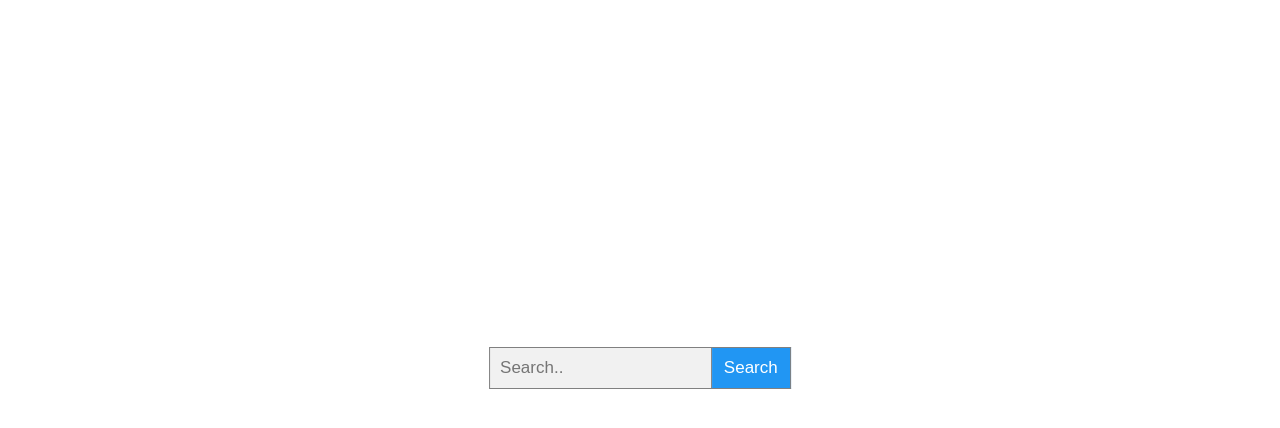
Repository: bek2d/VkAnalyticTool
Page: http://localhost/search
The author's editor kept a copy of each file at every save. The page is drawn from the files as they stood at one save, then again after the next save.
The browser window is 1280 px wide. The pictures show the whole page.
The page is served by the project's application, run on Flask 3 (app.py).

Above is the page before, as saved 2022-04-17 17:07:01.

### templates/search.html
<!DOCTYPE html>
<html lang="en">
<head>
    <meta charset="UTF-8">
    <meta http-equiv="X-UA-Compatible" content="IE=edge">
    <meta name="viewport" content="width=, initial-scale=1.0">
    <link rel="stylesheet" href="static/google.css">
    <title>Document</title>
</head>
<body>
<form class="example" method = "POST", action="/results">
  <input type="text" placeholder="Search.." name="search">
  <button type="submit" class="btn btn-primary">Search</button>
  {% for e in data %}
        <div class='post'>
            <p>{{ e }}</p>
        </div>
  {% endfor %}
</form>
</body>
</html>

### app.py
import sqlite3
from flask import Flask, render_template, request, redirect, url_for


app = Flask(__name__)

# @app.route('/')
# def index():
#     conn = sqlite3.connect('myScrapedDatabase.db')
#     posts = conn.execute('SELECT * FROM titlesFavorites').fetchall()
#     conn.close()
#     return render_template('index.html', posts=posts)


# @app.route('/about')
# def about():
#     conn = sqlite3.connect('myScrapedDatabase.db')
#     posts = conn.execute('SELECT * FROM titlesFavorites').fetchall()
#     conn.close()
#     return str(posts)
# # run flask app



#endpoint for search
@app.route('/search', methods=['GET', 'POST'])
def search():
    conn = sqlite3.connect('myScrapedDatabase.db')
    cursor = conn.cursor()
    if request.method == "POST":
        # search by author or book
        cursor.execute("SELECT * FROM titlesFavorites")
        conn.commit()
        data = cursor.fetchall()
        # all in the search box will return all the tuples
        return render_template('search.html', data=data)
    return render_template('search.html')
@app.route('/results', methods=['GET', 'POST'])
def results():
    conn = sqlite3.connect('myScrapedDatabase.db')
    cursor = conn.cursor()
    cursor.execute("SELECT * FROM titlesFavorites")
    conn.commit()
    data = cursor.fetchall()
    return render_template('results.html', data=data)
# create route named google that will accept search term from the user
@app.route('/google')
def google():
    return render_template('google.html')
if __name__ == '__main__':
    app.run(debug=True)

### static/google.css
* {
  box-sizing: border-box;
}

/* Style the search field */
form.example input[type=text] {
  padding: 10px;
  font-size: 17px;
  border: 1px solid grey;
  float: left;
  width: 70%;
  background: #f1f1f1;
}

/* Style the submit button */
form.example button {
  float: left;
  width: 25%;
  padding: 10px;
  background: #2196F3;
  color: white;
  font-size: 17px;
  border: 1px solid grey;
  border-left: none; /* Prevent double borders */
  cursor: pointer;
}

form.example button:hover {
  background: #0b7dda;
}

/* Clear floats */
form.example::after {
  content: "";
  clear: both;
  display: table;
}


body {
  position: absolute;
  top: 50%;
  left: 50%;
  transform: translate(-50%, -50%);
}

After the next save:
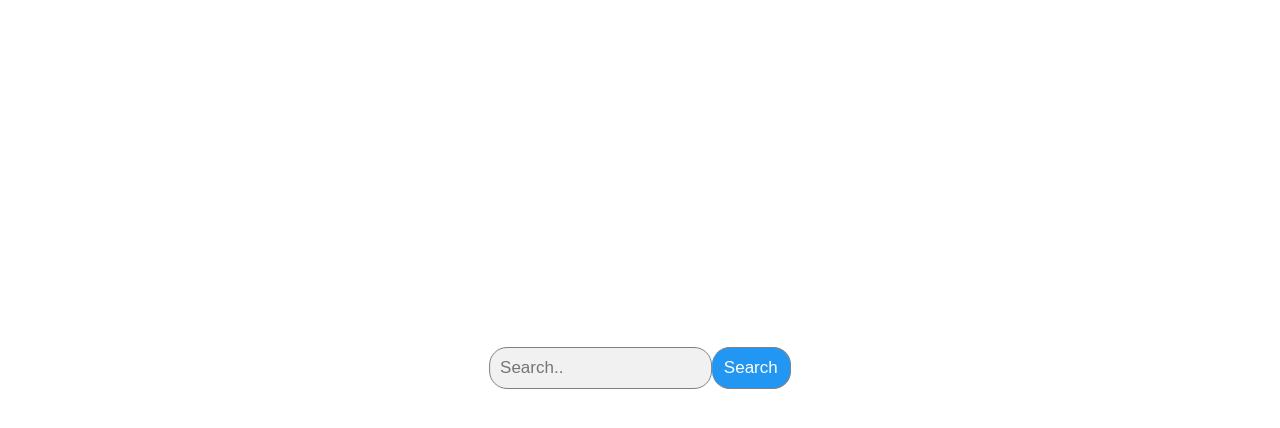
Saved 3 min 25 s later.
--- a/static/google.css
+++ b/static/google.css
@@ -2,8 +2,9 @@
   box-sizing: border-box;
 }
 
-/* Style the search field */
+
 form.example input[type=text] {
+  border-radius: 18px;
   padding: 10px;
   font-size: 17px;
   border: 1px solid grey;
@@ -12,8 +13,9 @@ form.example input[type=text] {
   background: #f1f1f1;
 }
 
-/* Style the submit button */
+
 form.example button {
+  border-radius: 18px;
   float: left;
   width: 25%;
   padding: 10px;
@@ -21,7 +23,7 @@ form.example button {
   color: white;
   font-size: 17px;
   border: 1px solid grey;
-  border-left: none; /* Prevent double borders */
+  border-left: none;
   cursor: pointer;
 }
 
